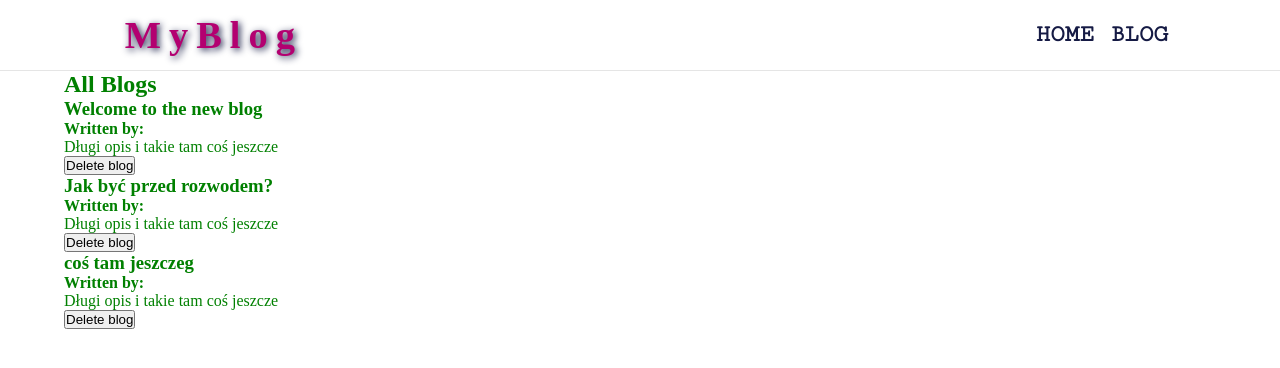
Repository: KrzysKolo/myBlog
Page: /
These files come from the project's save history. The page is drawn as it stood at one moment and after the next save; the edit follows.
The browser window is 1280 px wide. The pictures show the whole page.
Some web fonts or font styles are not loaded; a fallback is used. The project was rebuilt for these pictures with package versions that can differ from the ones it lists, and the page was loaded fresh each time. Requests to the local data server were answered from the project's data file. Also part of the build but not shown: src/pages/Blog/Blog.css, src/pages/Blog/Blog.js, src/pages/BlogNote/BlogNote.css, src/pages/BlogNote/BlogNote.js.

Above is the page before, as saved 2021-04-27 10:29:29.

After the next save:
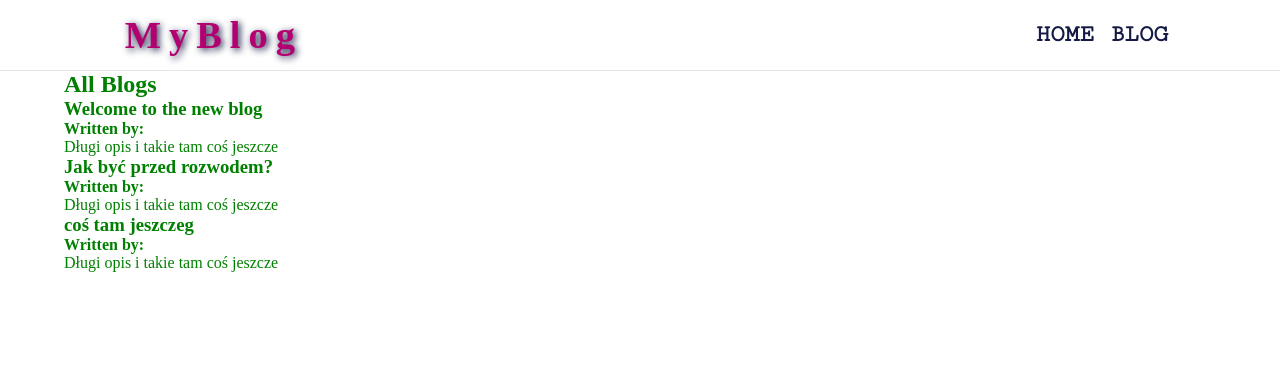
Saved 43 s later.
--- a/src/components/BlogList/BlogList.js
+++ b/src/components/BlogList/BlogList.js
@@ -1,12 +1,12 @@
 import React from 'react';
 
-const BlogList = ({ blogs, title, handleDelete}) => {
+const BlogList = ({ blogs, title}) => {
     const blogItem = blogs.map(blog => (
         <div className="blog-previw" key={blog.id}>
             <h3>{blog.title}</h3>
             <h4>Written by: {blog.author}</h4>
             <p>{blog.body}</p>
-            <button onClick={() => handleDelete(blog.id)}>Delete blog</button>
+
         </div>
     ));
     return (
